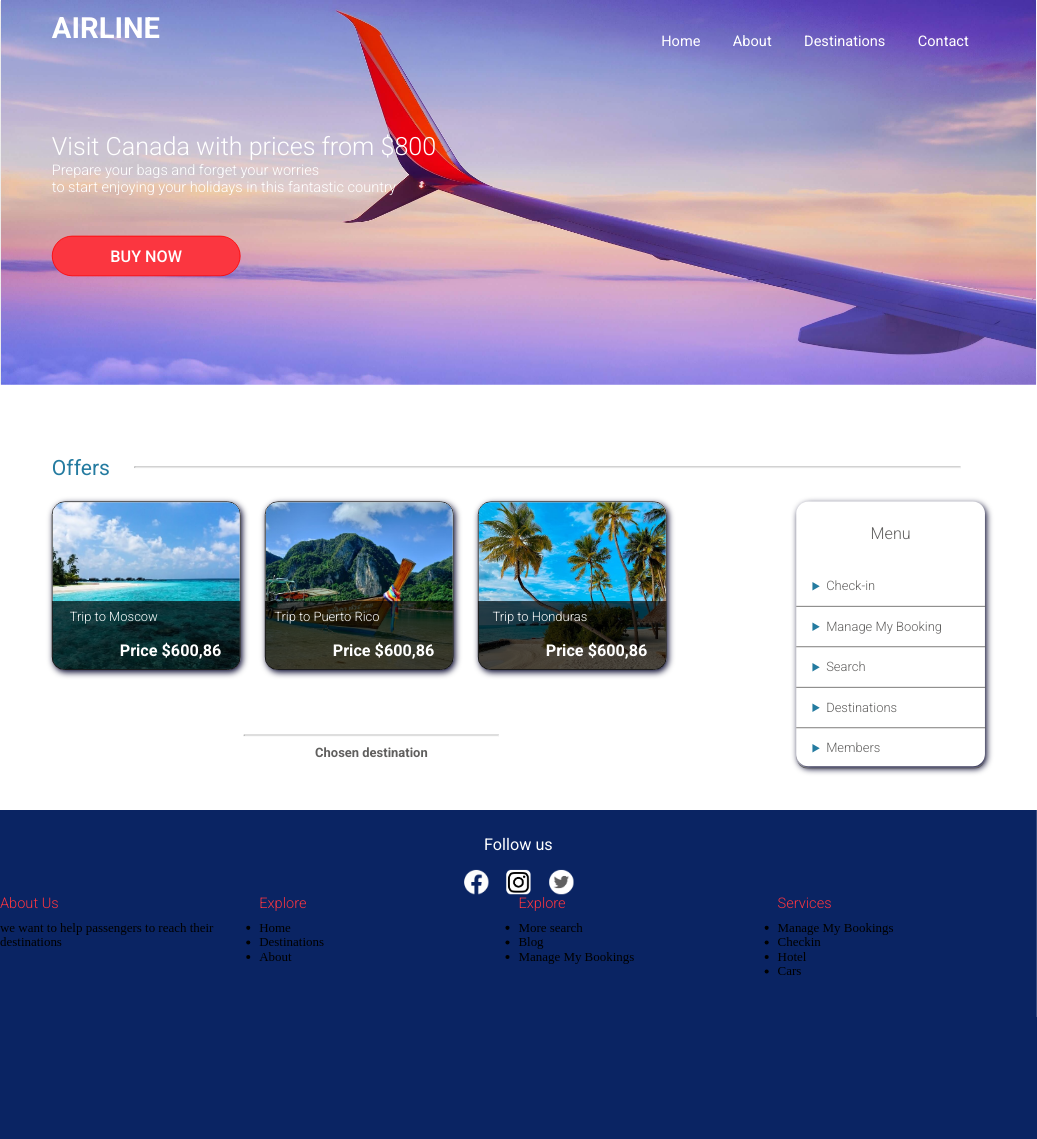
Repository: Cherced/AIRLINES
Page: /
The author's editor kept a copy of each file at every save. The page is drawn from the files as they stood at one save, then again after the next save.
The browser window is 1280 px wide. The pictures show the whole page, at 81% of full size.
The project was rebuilt for these pictures with package versions that can differ from the ones it lists, and the page was loaded fresh each time. The framework's server and built-in components were replaced by stand-ins that run in the browser.

Above is the page before, as saved 2022-06-30 16:52:48.

After the next save:
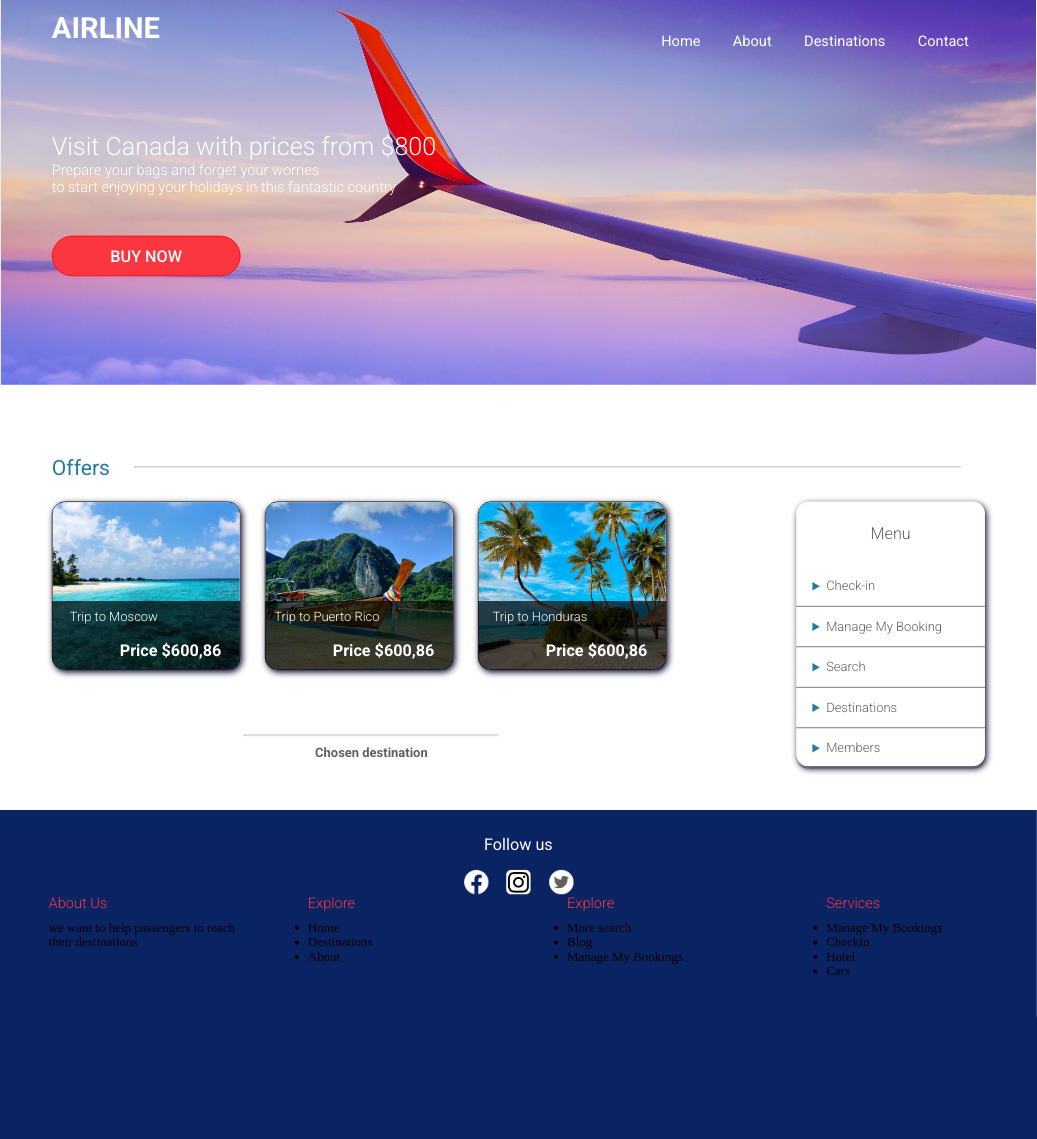
Saved 19 s later.
--- a/sass/components/Footer/_moreToUs.scss
+++ b/sass/components/Footer/_moreToUs.scss
@@ -8,6 +8,7 @@
     .navbar-Item-Content {
         width: 90%;
         height: 100%;
+        margin-left: 60px;
         h1 {
             color: #FB3640;
             text-align: left;
